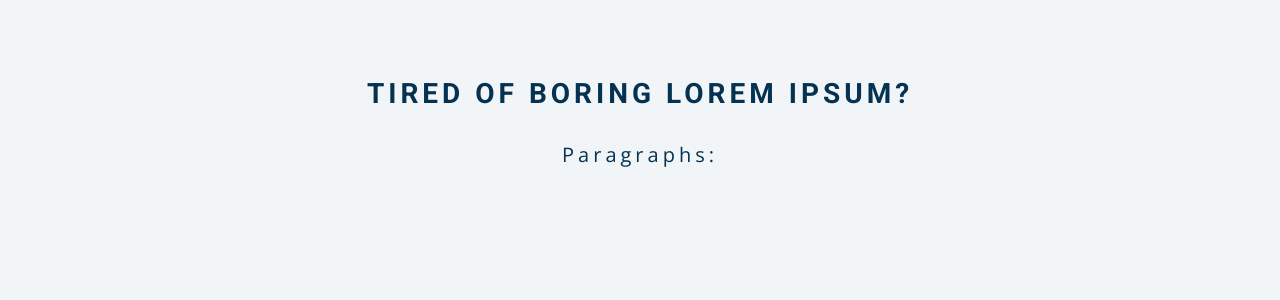
Repository: spidero7/Lorem-Ipsum-Generator
Page: index.html
The author's editor kept a copy of each file at every save. The page is drawn from the files as they stood at one save, then again after a run of saves.
The browser window is 1280 px wide. The pictures show the whole page.

Above is the page before, as saved 2021-10-21 07:09:54.

### index.html
<!DOCTYPE html>
<html lang="en">
  <head>
    <meta charset="UTF-8" />
    <meta name="viewport" content="width=device-width, initial-scale=1.0" />
    <title>Lorem Ipsum</title>

    <!-- styles -->
    <link rel="stylesheet" href="styles.css" />
  </head>
  <body>
    <section class="section-center">
      <h3>tired of boring lorem ipsum?</h3>
      <form class="lorem-form">
        <label for="amount">paragraphs:</label>
      </form>
    </section>
    <!-- javascript -->
    <script src="app.js"></script>
  </body>
</html>

### styles.css
/*
===============
Fonts
===============
*/
@import url("https://fonts.googleapis.com/css?family=Open+Sans|Roboto:400,700&display=swap");

/*
===============
Variables
===============
*/

:root {
  /* dark shades of primary color*/
  --clr-primary-1: hsl(205, 86%, 17%);
  --clr-primary-2: hsl(205, 77%, 27%);
  --clr-primary-3: hsl(205, 72%, 37%);
  --clr-primary-4: hsl(205, 63%, 48%);
  /* primary/main color */
  --clr-primary-5: #49a6e9;
  /* lighter shades of primary color */
  --clr-primary-6: hsl(205, 89%, 70%);
  --clr-primary-7: hsl(205, 90%, 76%);
  --clr-primary-8: hsl(205, 86%, 81%);
  --clr-primary-9: hsl(205, 90%, 88%);
  --clr-primary-10: hsl(205, 100%, 96%);
  /* darkest grey - used for headings */
  --clr-grey-1: hsl(209, 61%, 16%);
  --clr-grey-2: hsl(211, 39%, 23%);
  --clr-grey-3: hsl(209, 34%, 30%);
  --clr-grey-4: hsl(209, 28%, 39%);
  /* grey used for paragraphs */
  --clr-grey-5: hsl(210, 22%, 49%);
  --clr-grey-6: hsl(209, 23%, 60%);
  --clr-grey-7: hsl(211, 27%, 70%);
  --clr-grey-8: hsl(210, 31%, 80%);
  --clr-grey-9: hsl(212, 33%, 89%);
  --clr-grey-10: hsl(210, 36%, 96%);
  --clr-white: #fff;
  --clr-red-dark: hsl(360, 67%, 44%);
  --clr-red-light: hsl(360, 71%, 66%);
  --clr-green-dark: hsl(125, 67%, 44%);
  --clr-green-light: hsl(125, 71%, 66%);
  --clr-black: #222;
  --ff-primary: "Roboto", sans-serif;
  --ff-secondary: "Open Sans", sans-serif;
  --transition: all 0.3s linear;
  --spacing: 0.25rem;
  --radius: 0.5rem;
  --light-shadow: 0 5px 15px rgba(0, 0, 0, 0.1);
  --dark-shadow: 0 5px 15px rgba(0, 0, 0, 0.2);
  --max-width: 1170px;
  --fixed-width: 620px;
}
/*
===============
Global Styles
===============
*/

*,
::after,
::before {
  margin: 0;
  padding: 0;
  box-sizing: border-box;
}
body {
  font-family: var(--ff-secondary);
  background: var(--clr-grey-10);
  color: var(--clr-grey-1);
  line-height: 1.5;
  font-size: 0.875rem;
}
ul {
  list-style-type: none;
}
a {
  text-decoration: none;
}
img:not(.logo) {
  width: 100%;
}
img {
  display: block;
}

h1,
h2,
h3,
h4 {
  letter-spacing: var(--spacing);
  text-transform: capitalize;
  line-height: 1.25;
  margin-bottom: 0.75rem;
  font-family: var(--ff-primary);
}
h1 {
  font-size: 3rem;
}
h2 {
  font-size: 2rem;
}
h3 {
  font-size: 1.25rem;
}
h4 {
  font-size: 0.875rem;
}
p {
  margin-bottom: 1.25rem;
  color: var(--clr-grey-5);
}
@media screen and (min-width: 800px) {
  h1 {
    font-size: 4rem;
  }
  h2 {
    font-size: 2.5rem;
  }
  h3 {
    font-size: 1.75rem;
  }
  h4 {
    font-size: 1rem;
  }
  body {
    font-size: 1rem;
  }
  h1,
  h2,
  h3,
  h4 {
    line-height: 1;
  }
}
/*  global classes */

.btn {
  text-transform: uppercase;
  background: var(--clr-primary-5);
  color: var(--clr-primary-1);
  padding: 0.375rem 0.75rem;
  letter-spacing: 1px;
  display: inline-block;
  transition: var(--transition);
  font-size: 0.875rem;
  border: 2px solid var(--clr-primary-5);
  cursor: pointer;
  box-shadow: 0 1px 3px rgba(0, 0, 0, 0.2);
  border-radius: var(--radius);
}
.btn:hover {
  color: var(--clr-primary-5);
  background: var(--clr-primary-8);
  border-color: var(--clr-primary-8);
}
/* section */
.section {
  padding: 5rem 0;
}

.section-center {
  width: 90vw;
  margin: 0 auto;
  max-width: 40rem;
  margin-top: 5rem;
  text-align: center;
}
@media screen and (min-width: 992px) {
  .section-center {
    width: 95vw;
  }
}
main {
  min-height: 100vh;
  display: grid;
  place-items: center;
}
/*
===============
Lorem Ipsum
===============
*/
h3 {
  text-transform: uppercase;
  color: var(--clr-primary-1);
}
.lorem-form {
  text-transform: capitalize;
  letter-spacing: var(--spacing);
  margin-top: 2rem;
  margin-bottom: 4rem;
  display: flex;
  justify-content: center;
  align-items: center;
}
label {
  font-size: 1.25rem;
  color: var(--clr-primary-1);
}
input {
  padding: 0.25rem 0.5rem;

  width: 4rem;
  border-radius: var(--radius);
  border: none;
  margin: 0 0.5rem;
  font-size: 1.25rem;
}
button {
  background: var(--clr-primary-10);
}
.result {
  margin-bottom: 2rem;
}

Loaded but not shown: app.js (library)

After the next 2 saves:
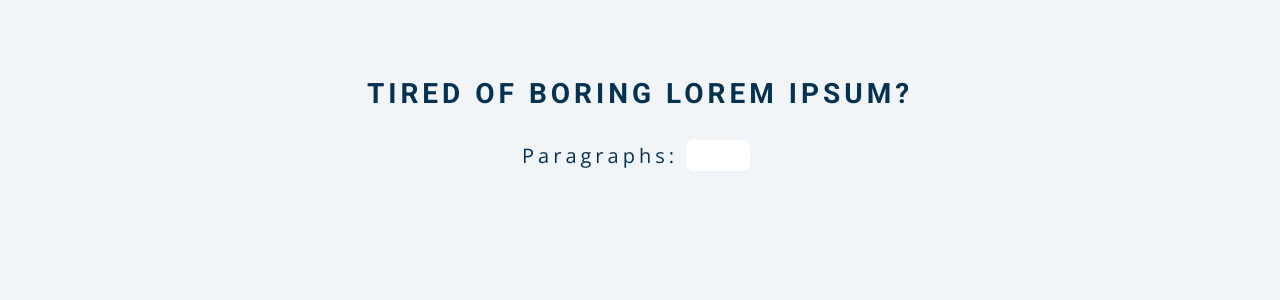
The 2 saves are shown as one change because they came seconds apart.
The last was saved 8 s later.
--- a/index.html
+++ b/index.html
@@ -13,6 +13,7 @@
       <h3>tired of boring lorem ipsum?</h3>
       <form class="lorem-form">
         <label for="amount">paragraphs:</label>
+        <input
       </form>
     </section>
     <!-- javascript -->
